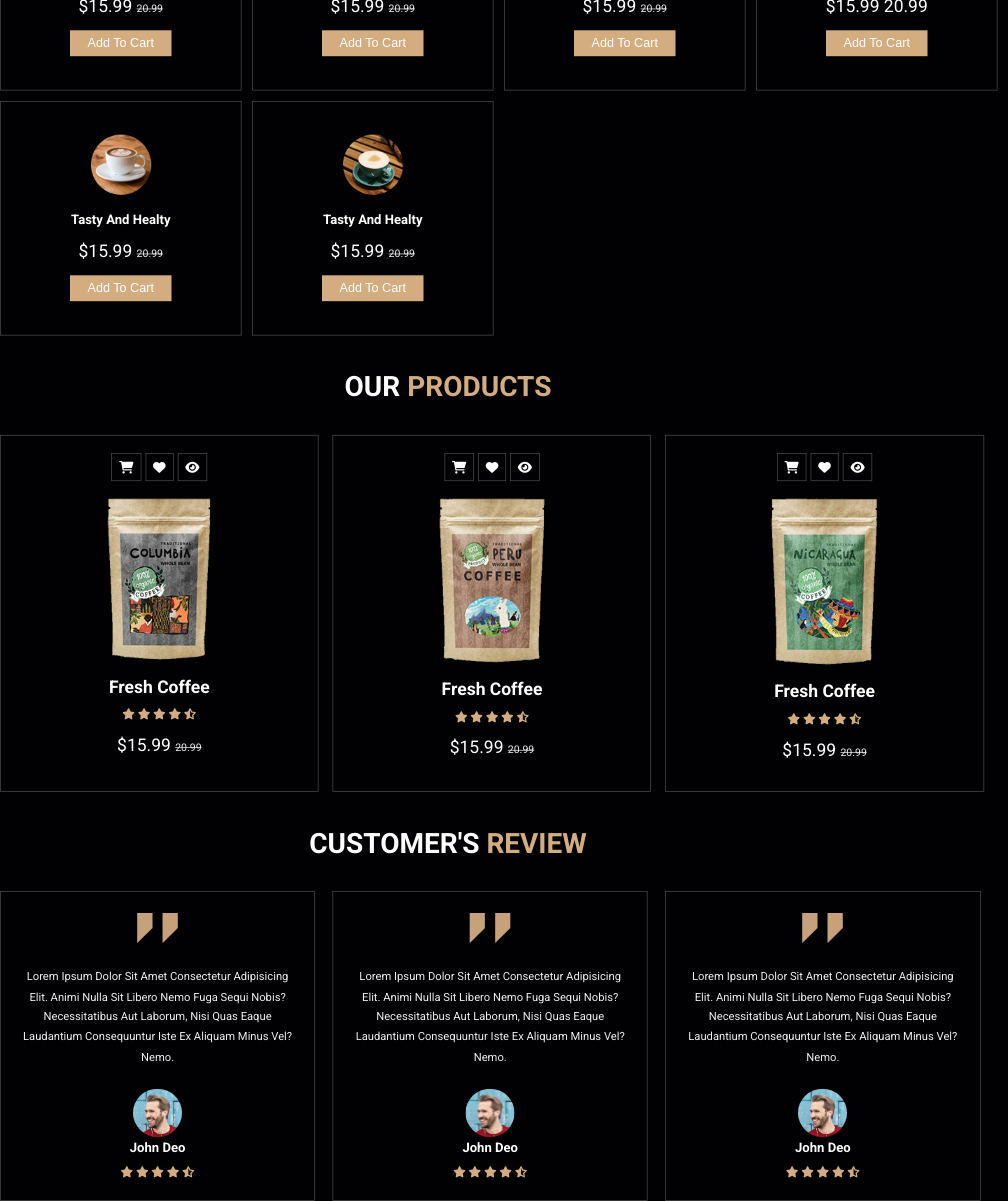
Repository: Dinhthai303/DinhThai
Page: index.html
The author's editor kept a copy of each file at every save. The page is drawn from the files as they stood at one save, then again after the next save.
The browser window is 1280 px wide. The page is 1440 px wide, so the pictures cover 1440 px, including what lies to the right of the window. The pictures show the part of the page from y = 1946 to 3666 px (the page is 3661 px tall before and 3666 px after), at 70% of full size.

Above is the page before, as saved 2021-11-28 01:15:38.

After the next save:
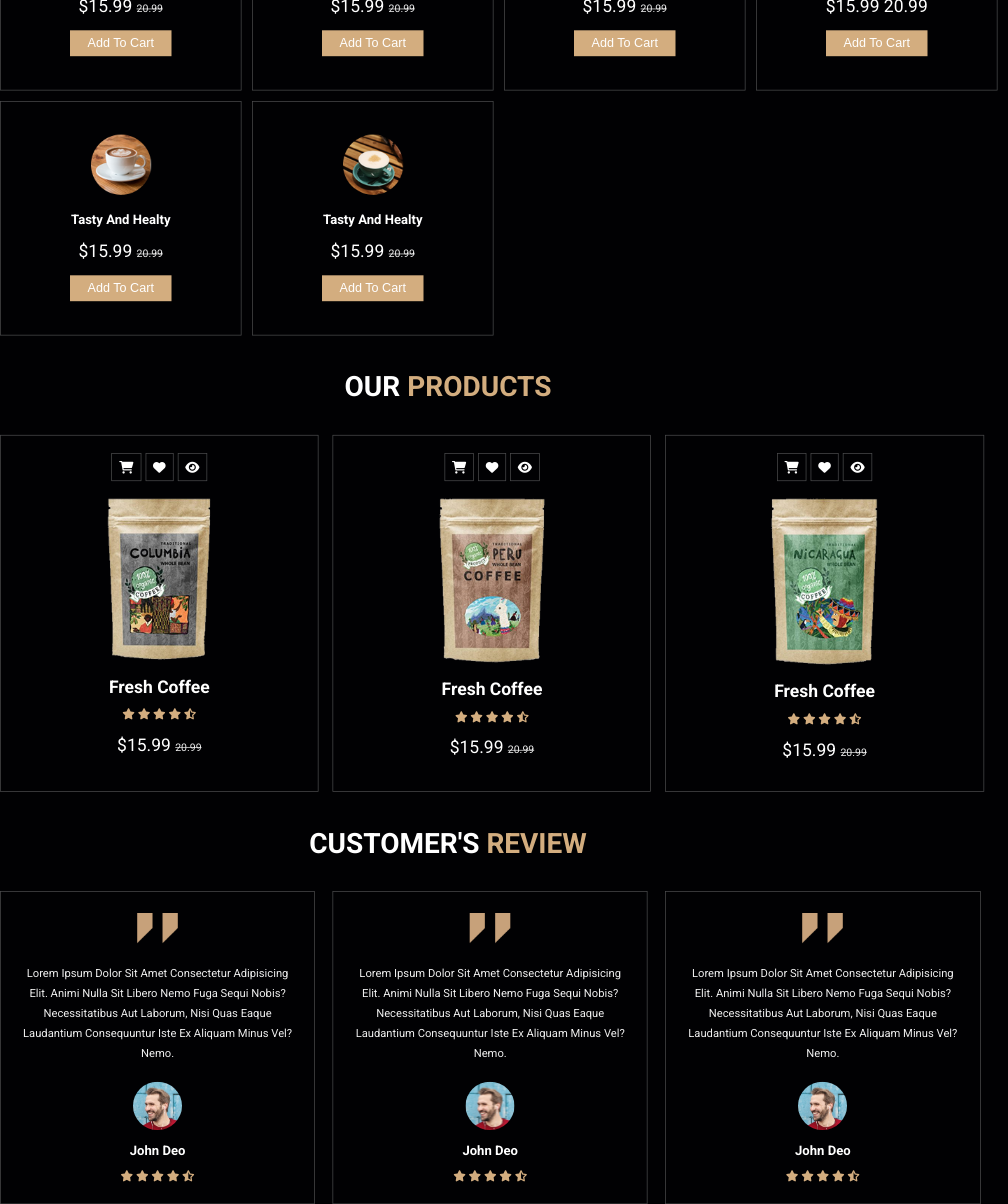
Saved 26 s later.
--- a/css/style.css
+++ b/css/style.css
@@ -228,9 +228,10 @@ body{
 .review__desc{
     color: rgb(238, 238, 238);
     line-height: 1.8;
-    margin: 30px 0;
+    margin: 25px 0;
 }
 .review__avatar{
     border-radius: 50%;
     width: 70px;
-}
+    margin-bottom: 15px;
+}
